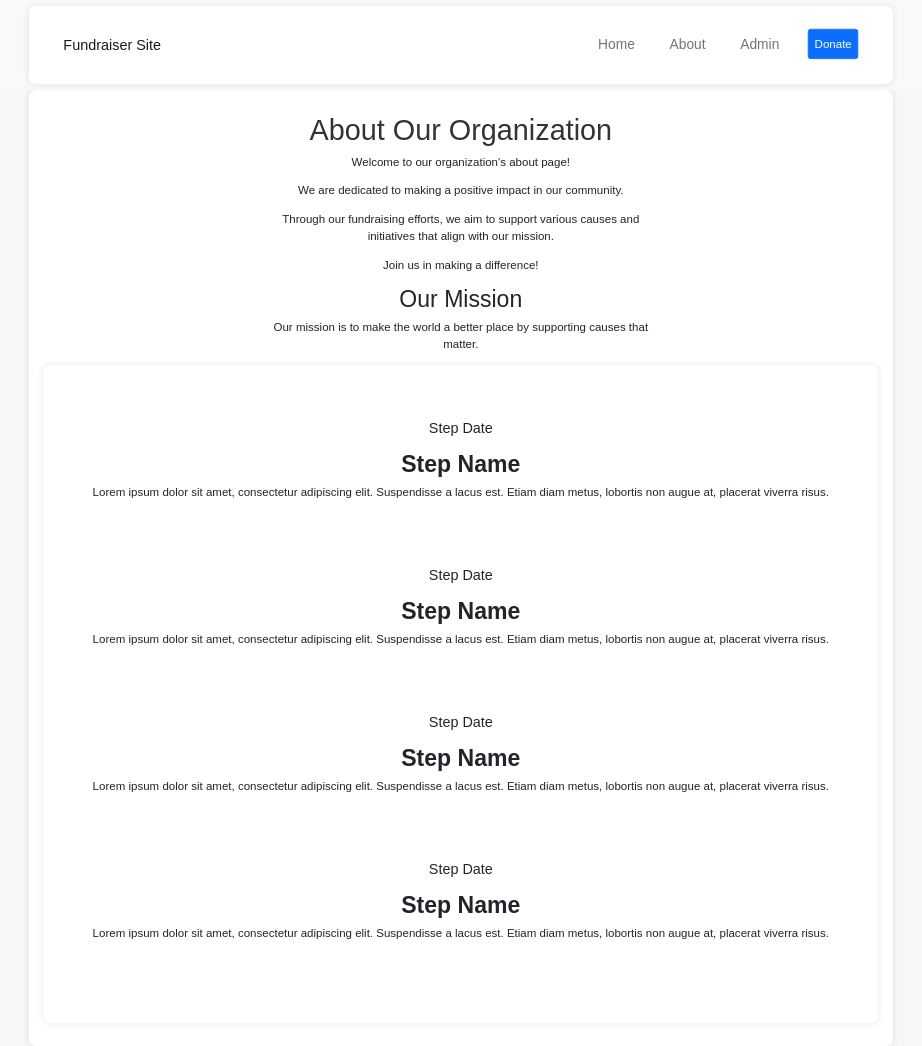
Repository: DragonFruit8/Fundraiser-Page
Page: /about
These files come from the project's save history. The page is drawn as it stood at one moment and after the next save; the edit follows.
The browser window is 1280 px wide. The pictures show the whole page, at 72% of full size.
The project was rebuilt for these pictures with package versions that can differ from the ones it lists, and the page was loaded fresh each time. Also part of the build but not shown: src/pages/HomeContainer.js, src/pages/Donate.js, src/pages/Admin.js.

Above is the page before, as saved 2024-07-19 13:59:52.

### public/index.html
<!DOCTYPE html>
<html lang="en">
  <head>
    <meta charset="utf-8" />
    <link rel="icon" href="%PUBLIC_URL%/favicon.ico" />
    <meta name="viewport" content="width=device-width, initial-scale=1" />
    <meta name="theme-color" content="#000000" />
    <meta
      name="description"
      content="Web site created using create-react-app"
    />
    <link rel="apple-touch-icon" href="%PUBLIC_URL%/logo192.png" />
    <link
      href="https://cdn.jsdelivr.net/npm/bootstrap@5.0.2/dist/css/bootstrap.min.css"
      rel="stylesheet"
      integrity="sha384-EVSTQN3/azprG1Anm3QDgpJLIm9Nao0Yz1ztcQTwFspd3yD65VohhpuuCOmLASjC"
      crossorigin="anonymous"
    />
    <!--
      manifest.json provides metadata used when your web app is installed on a
      user's mobile device or desktop. See https://developers.google.com/web/fundamentals/web-app-manifest/
    -->
    <link rel="manifest" href="%PUBLIC_URL%/manifest.json" />
    <!--
      Notice the use of %PUBLIC_URL% in the tags above.
      It will be replaced with the URL of the `public` folder during the build.
      Only files inside the `public` folder can be referenced from the HTML.

      Unlike "/favicon.ico" or "favicon.ico", "%PUBLIC_URL%/favicon.ico" will
      work correctly both with client-side routing and a non-root public URL.
      Learn how to configure a non-root public URL by running `npm run build`.
    -->
    <title>React App</title>
  </head>
  <body>
    <noscript>You need to enable JavaScript to run this app.</noscript>
    <div id="root"></div>
    <!--
      This HTML file is a template.
      If you open it directly in the browser, you will see an empty page.

      You can add webfonts, meta tags, or analytics to this file.
      The build step will place the bundled scripts into the <body> tag.

      To begin the development, run `npm start` or `yarn start`.
      To create a production bundle, use `npm run build` or `yarn build`.
    -->
    <script
      src="https://cdn.jsdelivr.net/npm/bootstrap@5.0.2/dist/js/bootstrap.bundle.min.js"
      integrity="sha384-MrcW6ZMFYlzcLA8Nl+NtUVF0sA7MsXsP1UyJoMp4YLEuNSfAP+JcXn/tWtIaxVXM"
      crossorigin="anonymous"
    ></script>
    <script
      src="https://cdn.jsdelivr.net/npm/@popperjs/core@2.9.2/dist/umd/popper.min.js"
      integrity="sha384-IQsoLXl5PILFhosVNubq5LC7Qb9DXgDA9i+tQ8Zj3iwWAwPtgFTxbJ8NT4GN1R8p"
      crossorigin="anonymous"
    ></script>
    <script
      src="https://cdn.jsdelivr.net/npm/bootstrap@5.0.2/dist/js/bootstrap.min.js"
      integrity="sha384-cVKIPhGWiC2Al4u+LWgxfKTRIcfu0JTxR+EQDz/bgldoEyl4H0zUF0QKbrJ0EcQF"
      crossorigin="anonymous"
    ></script>
  </body>
</html>

### src/App.js
import React from 'react';
import { BrowserRouter as Router, Route, Routes } from 'react-router-dom';
import Home from './pages/HomeContainer';
import About from './pages/About';
import Donate from './pages/Donate';
import Admin from './pages/Admin';
import GlobalStyle from './globalStyles';
import Navbar from './components/Navbar';

const App = () => {
  return (
    <Router>
      <GlobalStyle />
        <Navbar />
      <Routes>
          <Route exact path="/" element={<Home />} />
          <Route path="/about" element={<About />} />
          <Route path="/donate" element={<Donate />} />
          <Route path="/admin" element={<Admin />} />
      </Routes>
    </Router>
  );
};

export default App;

### src/pages/About.js
import React from 'react';
import styled from 'styled-components';

const AboutContainer = styled.div`
  text-align: center;
`;
const About = () => {
    return (
        <AboutContainer>
        <div className="container col h-100 justify-content-center align-items-center">
            <h1 className="text-center">About Our Organization</h1>
            <div className="row justify-content-center align-items-center">
                <div className="col-md-6" style={{ textAlign: 'center' }}>
                    <p>Welcome to our organization's about page!</p>
                    <p>We are dedicated to making a positive impact in our community.</p>
                    <p>Through our fundraising efforts, we aim to support various causes and initiatives that align with our mission.</p>
                    <p>Join us in making a difference!</p>
                </div>

            </div>
            <div className="row justify-content-center align-items-center">
                <div className="col-md-6" style={{ textAlign: 'center' }}>
                    <h2>Our Mission</h2>
                    <p>Our mission is to make the world a better place by supporting causes that matter.</p>
                </div>
                </div>
                <div className="row justify-content-center align-items-center">


                    <div class="container py-5 timeline position-relative">

                        <div class="timeline-item w-100 mb-4 py-4 text-dark lc-block">
                            <div class="timeline-img"></div>
                            <div class="timeline-content">
                                <p editable="inline" class="lead">Step Date</p>
                                <h2 editable="inline" class="fw-bold rfs-12">Step Name</h2>
                                <div editable="rich">
                                    <p>Lorem ipsum dolor sit amet, consectetur adipiscing elit. Suspendisse a lacus est. Etiam diam metus, lobortis non augue at, placerat viverra risus.</p>
                                </div>
                            </div>
                        </div>
                        <div class="timeline-item w-100 mb-4 py-4 text-dark lc-block">
                            <div class="timeline-img"></div>
                            <div class="timeline-content">
                                <p editable="inline" class="lead">Step Date</p>
                                <h2 editable="inline" class="fw-bold rfs-12">Step Name</h2>
                                <div editable="rich">
                                    <p>Lorem ipsum dolor sit amet, consectetur adipiscing elit. Suspendisse a lacus est. Etiam diam metus, lobortis non augue at, placerat viverra risus.</p>
                                </div>
                            </div>
                        </div>
                        <div class="timeline-item w-100 mb-4 py-4 text-dark lc-block">
                            <div class="timeline-img"></div>
                            <div class="timeline-content">
                                <p editable="inline" class="lead">Step Date</p>
                                <h2 editable="inline" class="fw-bold rfs-12">Step Name</h2>
                                <div editable="rich">
                                    <p>Lorem ipsum dolor sit amet, consectetur adipiscing elit. Suspendisse a lacus est. Etiam diam metus, lobortis non augue at, placerat viverra risus.</p>
                                </div>
                            </div>
                        </div>
                        <div class="timeline-item w-100 mb-4 py-4 text-dark lc-block">
                            <div class="timeline-img"></div>
                            <div class="timeline-content">
                                <p editable="inline" class="lead">Step Date</p>
                                <h2 editable="inline" class="fw-bold rfs-12">Step Name</h2>
                                <div editable="rich">
                                    <p>Lorem ipsum dolor sit amet, consectetur adipiscing elit. Suspendisse a lacus est. Etiam diam metus, lobortis non augue at, placerat viverra risus.</p>
                                </div>
                            </div>
                        </div>
                    </div>
                </div>
            </div>
        </AboutContainer>
    );
};

export default About;

### src/globalStyles.js
import { createGlobalStyle } from 'styled-components';

const GlobalStyle = createGlobalStyle`
  body {
    margin: 0;
    padding: 0;
    font-family: 'Arial', sans-serif;
    background-color: #f7f7f7;
  }

  nav {
    background-color: #333;
    padding: 1rem;
    display: flex;
    justify-content: center;
  }

  nav a {
    color: #fff;
    margin: 0 1rem;
    text-decoration: none;
    font-size: 1.2rem;
  }

  nav a:hover {
    text-decoration: underline;
  }

  .container {
    max-width: 1200px;
    margin: 0 auto;
    padding: 2rem;
    background-color: #fff;
    box-shadow: 0 0 10px rgba(0, 0, 0, 0.1);
    border-radius: 10px;
  }

  h1 {
    color: #333;
  }

  button {
    background-color: #007BFF;
    color: #fff;
    border: none;
    padding: 0.5rem 1rem;
    font-size: 1rem;
    border-radius: 5px;
    cursor: pointer;
  }

  button:hover {
    background-color: #0056b3;
  }

  input {
    padding: 0.5rem;
    font-size: 1rem;
    margin-right: 0.5rem;
    border-radius: 5px;
    border: 1px solid #ccc;
  }
`;

export default GlobalStyle;

### src/components/Navbar.js
import React from 'react';
import { Link } from 'react-router-dom';

const Navbar = () => {
    return (
        <nav className="navbar navbar-expand-lg navbar-light bg-light">
            <div className="container">
                <Link className="navbar-brand" to="/">Fundraiser Site</Link>
                <button className="navbar-toggler" type="button" data-bs-toggle="collapse" data-bs-target="#navbarNav" aria-controls="navbarNav" aria-expanded="false" aria-label="Toggle navigation">
                    <span className="navbar-toggler-icon"></span>
                </button>
                <div className="collapse navbar-collapse" id="navbarNav">
                    <ul className="navbar-nav ms-auto">
                        <li className="nav-item">
                            <Link className="nav-link" to="/">Home</Link>
                        </li>
                        <li className="nav-item">
                            <Link className="nav-link" to="/about">About</Link>
                        </li>
                        <li className="nav-item">
                            <Link className="nav-link" to="/admin">Admin</Link>
                        </li>
                        <li className="nav-item">
                            <Link className="nav-link btn btn-primary text-white" to="/donate">Donate</Link>
                        </li>
                    </ul>
                </div>
            </div>
        </nav>
    );
}

export default Navbar;

Loaded but not shown: src/index.js (common file); src/index.css (common file)

After the next save:
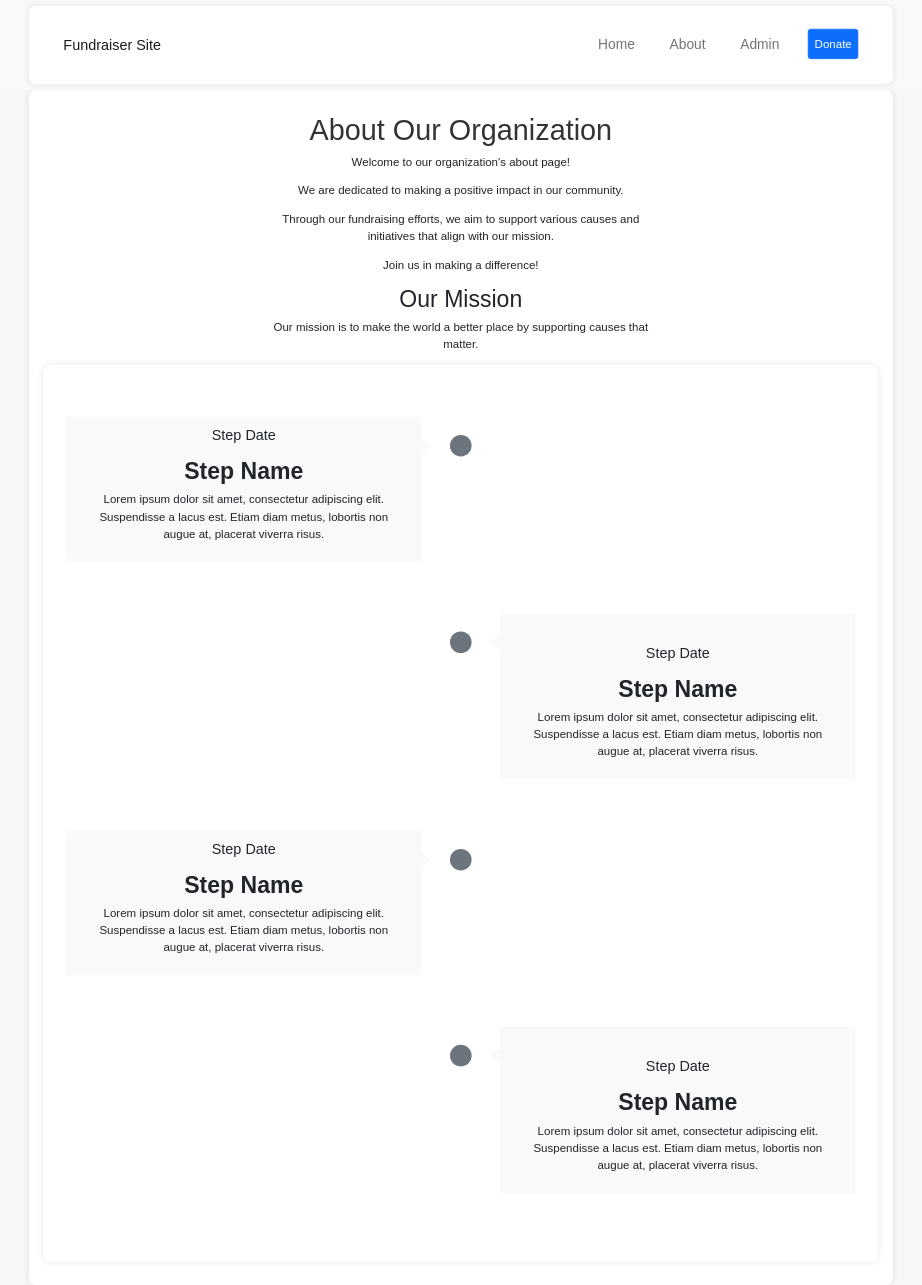
Saved 32 s later.
--- a/src/pages/About.js
+++ b/src/pages/About.js
@@ -3,6 +3,96 @@ import styled from 'styled-components';
 
 const AboutContainer = styled.div`
   text-align: center;
+   <style>
+                            .timeline:before {
+                                content: "";
+                            background: var(--bs-secondary);
+                            width: 5px;
+                            height: 95%;
+                            position: absolute;
+                            left: 50%;
+                            transform: translateX(-50%);
+      }
+                            .timeline-item:nth-child(even) .timeline-content {
+                                float: right;
+                            padding: 40px 30px 10px 30px;
+      }
+                            .timeline-item:nth-child(even) .timeline-content .date {
+                                right: auto;
+                            left: 0;
+      }
+                            .timeline-item:nth-child(even) .timeline-content::after {
+                                content: "";
+                            position: absolute;
+                            border-style: solid;
+                            width: 0;
+                            height: 0;
+                            top: 30px;
+                            left: -15px;
+                            border-width: 10px 15px 10px 0;
+                            border-color: transparent var(--bs-light) transparent transparent;
+      }
+                            .timeline-item::after {
+                                content: "";
+                            display: block;
+                            clear: both;
+      }
+                            .timeline-content {
+                                position: relative;
+                            width: 45%;
+                            padding: 10px 30px;
+                            border-radius: 4px;
+                            background: var(--bs-light);
+      }
+                            .timeline-content::after {
+                                content: "";
+                            position: absolute;
+                            border-style: solid;
+                            width: 0;
+                            height: 0;
+                            top: 30px;
+                            right: -15px;
+                            border-width: 10px 0 10px 15px;
+                            border-color: transparent transparent transparent var(--bs-light);
+      }
+                            .timeline-img {
+                                width: 30px;
+                            height: 30px;
+                            background: var(--bs-secondary);
+                            border-radius: 50%;
+                            position: absolute;
+                            left: 50%;
+                            margin-top: 25px;
+                            margin-left: -15px;
+      }
+                            @media screen and (max-width: 768px) {
+      .timeline::before {
+                                left: 50px;
+      }
+                            .timeline .timeline-img {
+                                left: 50px;
+      }
+                            .timeline .timeline-content {
+                                max - width: 100%;
+                            width: auto;
+                            margin-left: 70px;
+      }
+                            .timeline .timeline-item:nth-child(even) .timeline-content {
+                                float: none;
+      }
+                            .timeline .timeline-item:nth-child(odd) .timeline-content::after {
+                                content: "";
+                            position: absolute;
+                            border-style: solid;
+                            width: 0;
+                            height: 0;
+                            top: 30px;
+                            left: -15px;
+                            border-width: 10px 15px 10px 0;
+                            border-color: transparent #f5f5f5 transparent transparent;
+      }
+      }
+                        </style>
 `;
 const About = () => {
     return (
